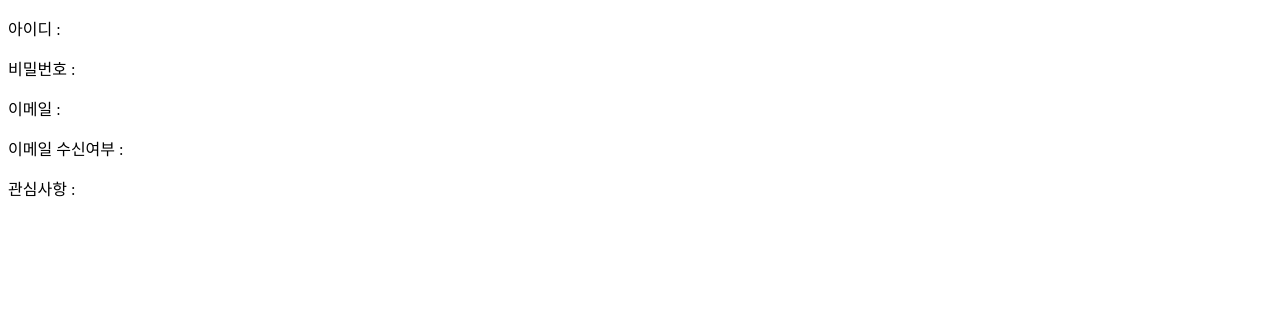
Repository: dnwpdud/WEB_CODES
Page: http://localhost/Web07_EL_JSTL/01_Expression_Language/03_parameter.jsp
An editor plug-in stored every save of this project. The page is shown before and after the next save, followed by the edit.
The browser window is 1280 px wide. The pictures show the whole page.
The page is served by Tomcat 9. Other server files are loaded and not shown.

Above is the page before, as saved 2024-04-05 07:32:29.

### Web07_EL_JSTL/src/main/webapp/01_Expression_Language/03_parameter.jsp
<%@ page language="java" contentType="text/html; charset=UTF-8"
    pageEncoding="UTF-8"%>
<!DOCTYPE html>
<html>
<head>
<meta charset="UTF-8">
<title>회원 정보 보기</title>
</head>
<body>
	<%-- param.(파라미터이름) == request.gerParameter(파라미터이름) --%>

	<p>아이디 : ${param.userid }</p>
	<p>비밀번호 : ${param.password }</p>
	<p>이메일 : ${param.userid }</p>
	<p>이메일 수신여부 : ${param.userid }</p>
	<p>관심사항 : ${param.userid }</p>
	<p>${paramValues.interest }</p>



</body>
</html>

After the next save:
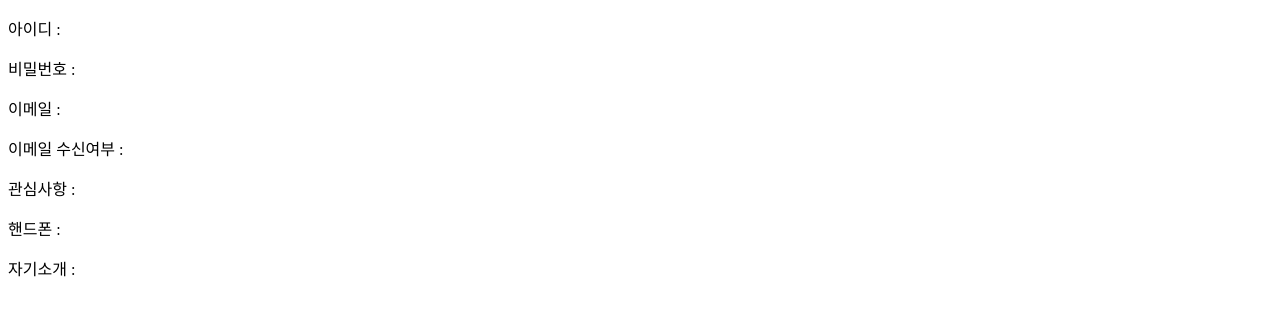
Saved 75 s later.
--- a/Web07_EL_JSTL/src/main/webapp/01_Expression_Language/03_parameter.jsp
+++ b/Web07_EL_JSTL/src/main/webapp/01_Expression_Language/03_parameter.jsp
@@ -13,8 +13,16 @@
 	<p>비밀번호 : ${param.password }</p>
 	<p>이메일 : ${param.userid }</p>
 	<p>이메일 수신여부 : ${param.userid }</p>
-	<p>관심사항 : ${param.userid }</p>
+	<p>관심사항 : </p>
 	<p>${paramValues.interest }</p>
+	<p>${paramValues.interest[0] }</p>
+	<p>${paramValues.interest[1] }</p>
+	<p>${paramValues.interest[2] }</p>
+	<p>${paramValues.interest[3] }</p>
+	<p>${paramValues.interest[4] }</p>
+	<p>핸드폰 : ${param.phone }</p>
+	<p>자기소개 : ${param.introduce }</p>
+
 
 
 
